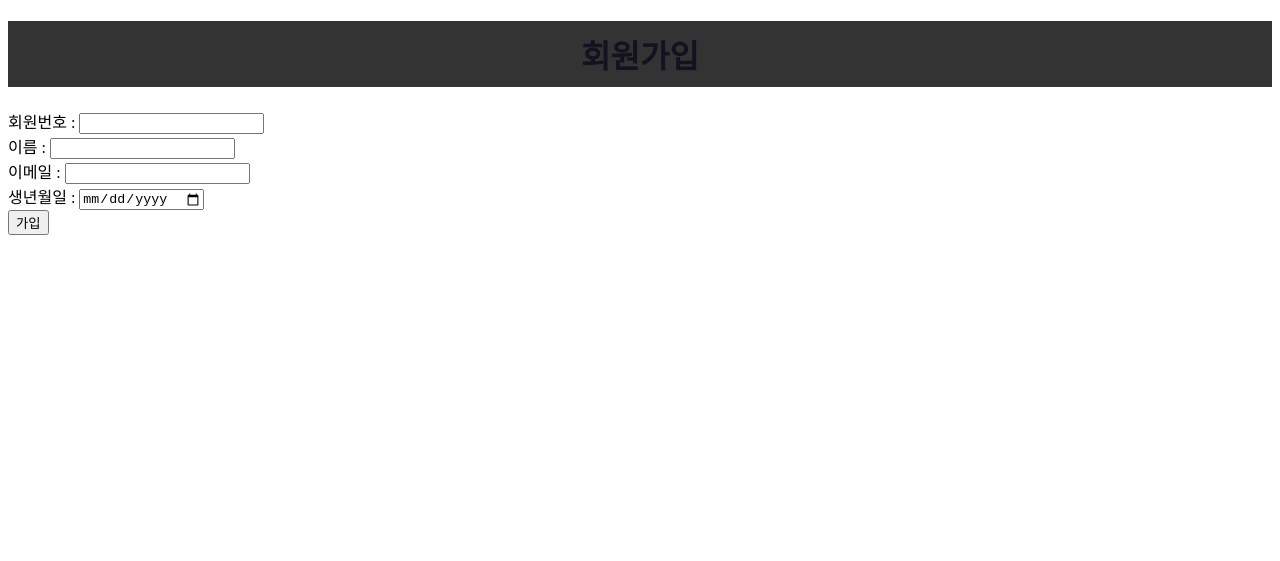
Repository: jibum1559/servlet-jsp-workspace
Page: http://localhost/join/register.jsp
These files come from the project's save history. The page is drawn as it stood at one moment and after the next save; the edit follows.
The browser window is 1280 px wide. The pictures show the whole page.
The page is served by Tomcat 9.

Above is the page before, as saved 2023-11-07 02:23:00.

After the next save:
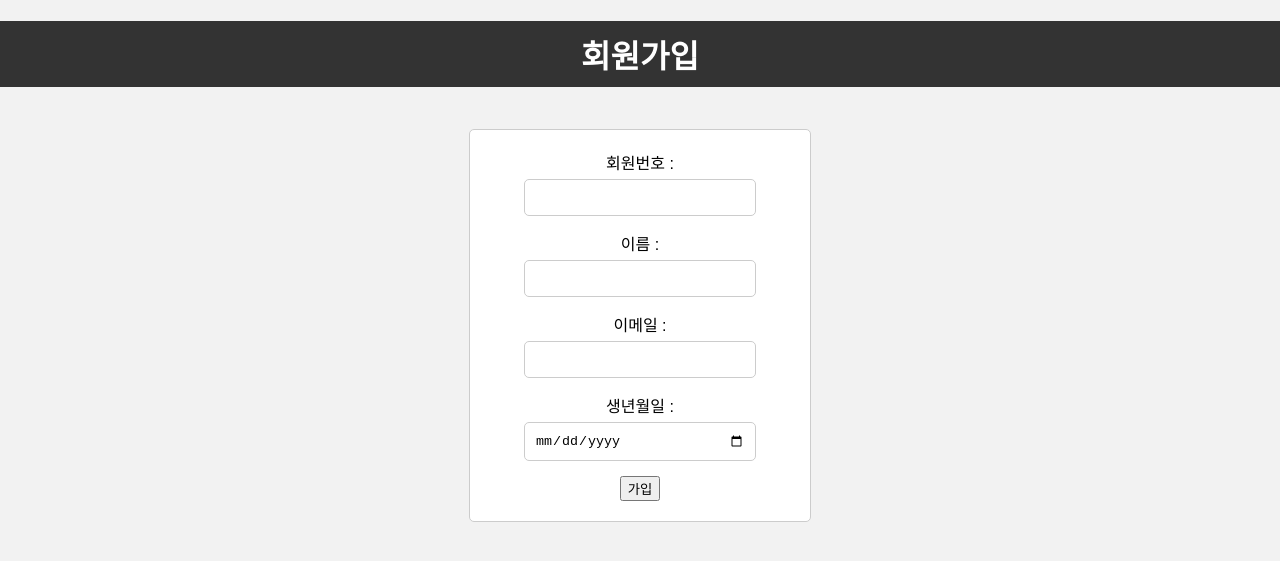
Saved 6 min 51 s later.
--- a/join/src/main/webapp/styles.css
+++ b/join/src/main/webapp/styles.css
@@ -4,3 +4,74 @@ h1{
 	padding:10px;
 	text-align:center;
 }
+/* 전체 페이지 스타일 */
+body {
+    font-family: Arial, sans-serif;
+    background-color: #f2f2f2;
+    margin: 0;
+    padding: 0;
+     text-align: center;
+}
+
+h1 {
+    background-color: #333;
+    color: #fff;
+    padding: 10px;
+    text-align: center;
+}
+
+/* 폼 스타일 */
+form {
+    background-color: #fff;
+    border: 1px solid #ccc;
+    border-radius: 5px;
+    padding: 20px;
+    margin: 20px;
+    width: 300px;
+    display: inline-block;
+}
+
+/* 레이블 스타일 */
+label {
+    display: block;
+    margin-bottom: 5px;
+}
+
+/* 입력 필드 스타일 */
+input[type="text"],
+input[type="email"],
+input[type="date"] {
+    width: 70%;
+    padding: 10px;
+    margin-bottom: 15px;
+    border: 1px solid #ccc;
+    border-radius: 5px;
+}
+
+/* 버튼
+
+
+
+table {
+    width: 80%;
+    margin: 20px auto;
+    border-collapse: collapse;
+    background-color: #fff;
+}
+
+table, th, td {
+    border: 1px solid #ccc;
+}
+
+th, td {
+    padding: 10px;
+    text-align: left;
+}
+
+tr:nth-child(even) {
+    background-color: #f2f2f2;
+}
+
+tr:hover {
+    background-color: #e0e0e0;
+}
